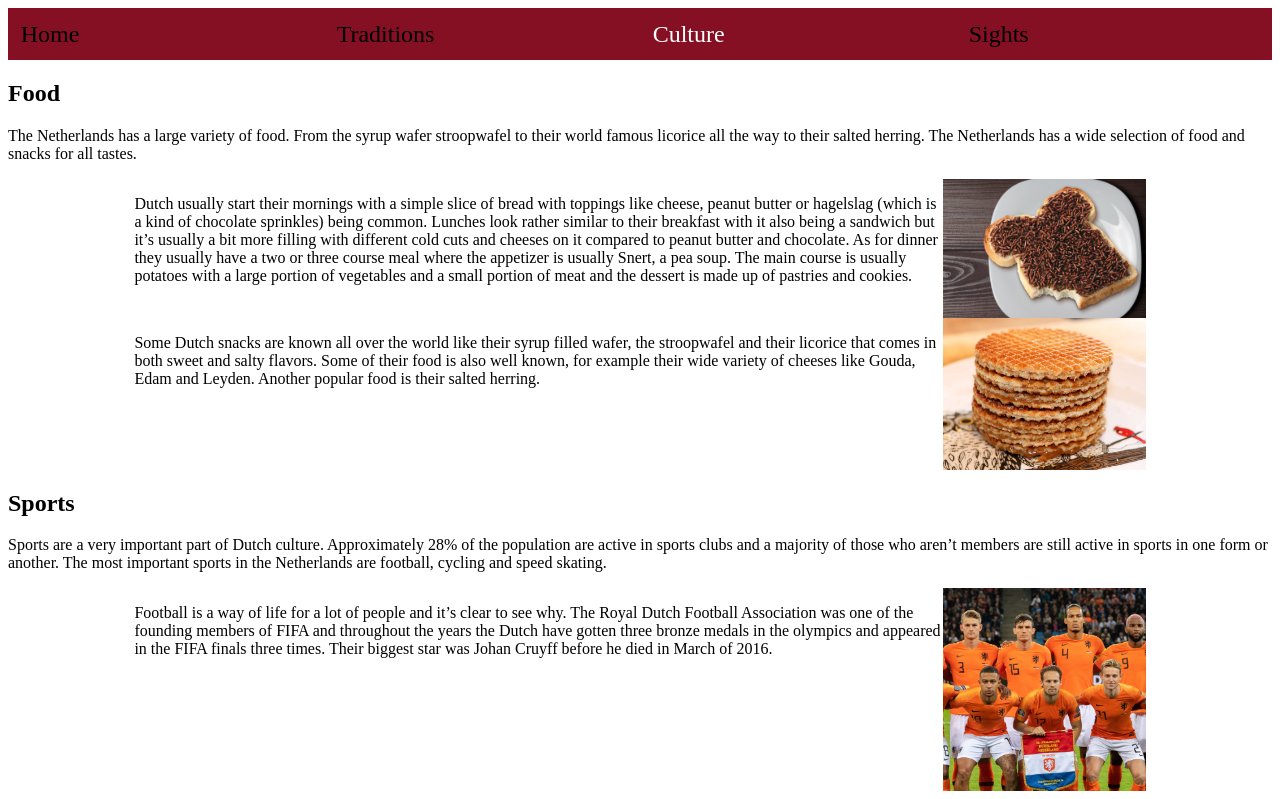
Repository: Cornman63/The-netherlands
Page: html/culture2.html
The author's editor kept a copy of each file at every save. The page is drawn from the files as they stood at one save, then again after the next save.
The browser window is 1280 px wide. The pictures show the whole page.

Above is the page before, as saved 2023-05-26 13:17:00.

After the next save:
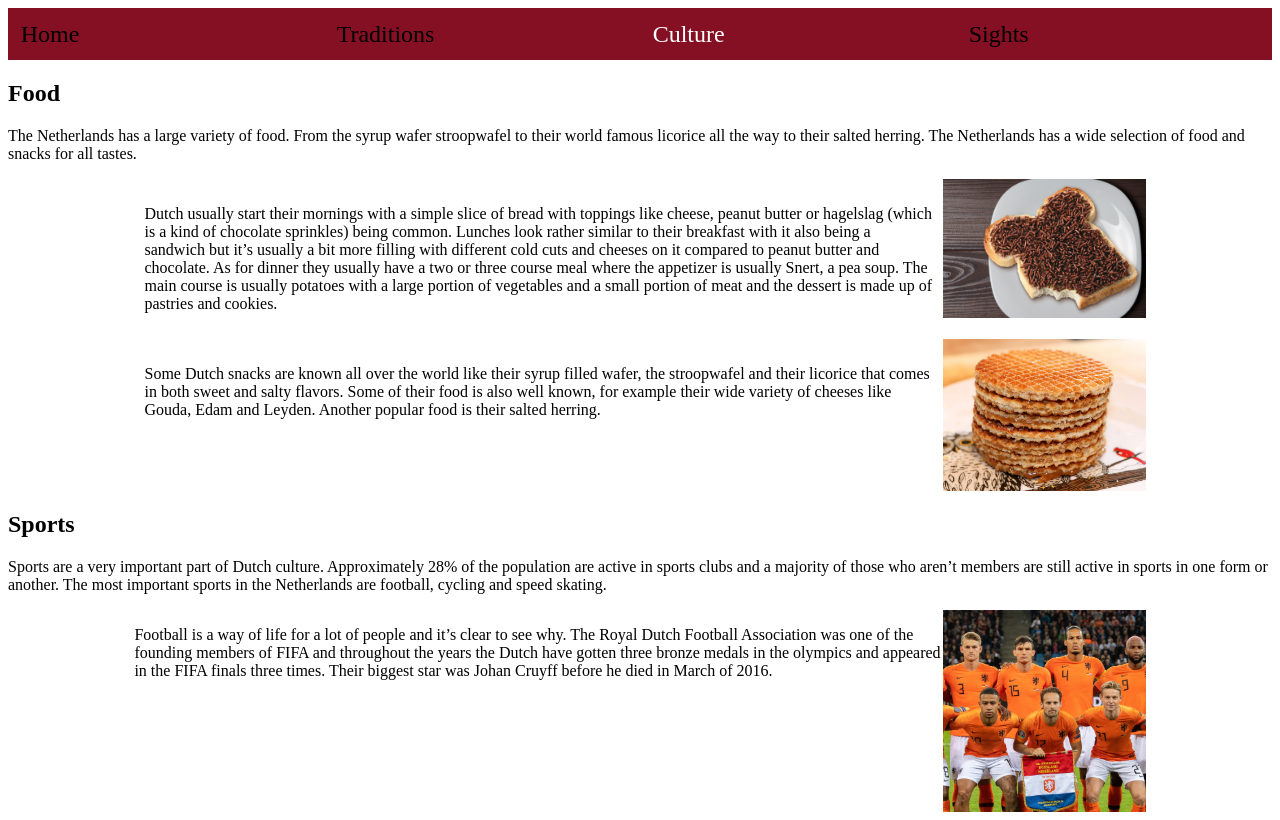
Saved 3 s later.
--- a/CSS/style2.css
+++ b/CSS/style2.css
@@ -47,6 +47,6 @@
     display: flex;
     flex-direction: row;
 }
-.start {
+.par {
     padding: 1%;
 }
